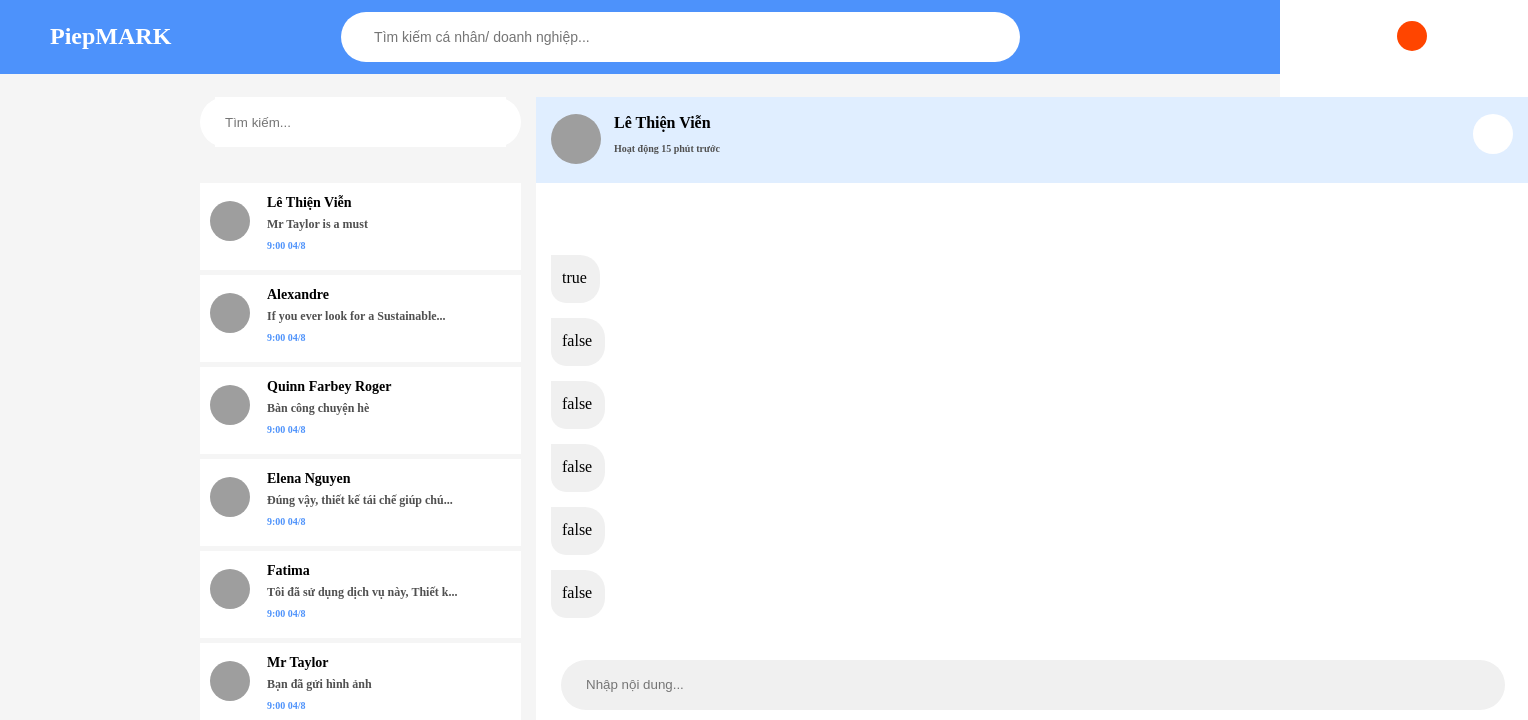
Repository: Jackietruong2805/th-c-t-p
Page: /chatbox/1 (app in vue-laravel-boilerplate/)
These files come from the project's save history. The page is drawn as it stood at one moment and after the next save; the edit follows.
The browser window is 1280 px wide. The page is 1528 px wide, then 1445 px, then 1528 px, so the pictures cover 1528 px, including what lies to the right of the window. The pictures show the whole page.
Pictures or frames that could not be fetched are drawn as grey boxes. The project was rebuilt for these pictures with package versions that can differ from the ones it lists, and the page was loaded fresh each time. Also part of the build but not shown: vue-laravel-boilerplate/vite.config.ts, vue-laravel-boilerplate/src/components/DemoComponent.vue.

Above is the page before, as saved 2022-08-26 16:56:30.

### vue-laravel-boilerplate/src/main.ts
import { createApp } from 'vue';
import { createPinia } from 'pinia';

import App from './App.vue';
import router from './router';

const app = createApp(App);

app.use(createPinia());
app.use(router);
app.mount('#app');

### vue-laravel-boilerplate/src/components/ChatBox.vue

<template>
  <div class="chat__top">
    <div class="chat__status">
      <img class="chat__image" :src="image" alt="" />
      <div class="status-wrapper">
        <h2 class="chat__name">{{ name }}</h2>
        <p class="Hot-ng-15-pht-tr">Hoạt động 15 phút trước</p>
      </div>
    </div>
    <div class="chat__Ellipse-21" @click="handleCloseChatBox">
      <button class="button">
        <i class="fa fa-angle-left"></i>
      </button>
    </div>
  </div>
  <div class="chat__content">
    <div class="message-wrapper">
      <ChatMessage
        :message="msg"
        v-for="msg in messageUser"
        :key="msg.fromId"
      ></ChatMessage>
    </div>
  </div>
  <div class="chat__bottom">
    <div class="chat__message">
      <form class="chat__input" @submit.prevent>
        <input
          placeholder="Nhập nội dung..."
          class="message"
          type="text"
          v-model="message"
          ref="inputMessage"
          @keyup.enter="addMessage"
        />
        <div class="chat__icon">
          <button class="button">
            <i class="fa fa-image"></i>
          </button>
          <button class="button">
            <i class="fa fa-grin-alt"></i>
          </button>
          <button
            type="submit"
            class="button sending"
            :disabled="!message"
            @click="addMessage"
          >
            <i class="fa fa-paper-plane" :class="{ 'is-active': message }"></i>
          </button>
        </div>
      </form>
    </div>
  </div>
</template>

<script lang="ts" setup>
/*
  import
*/
import { ref, onMounted } from 'vue';

import { useRoute, useRouter } from 'vue-router';
import ChatMessage from './ChatMessage.vue';

/*
  router
*/

const router = useRouter();

/*
  stores
*/
import { useMemberStore } from '../stores/storemembers';
import { useMessageStore } from '../stores/storemessage';
let image = '';
let name = '';
const route = useRoute();
const memberStore = useMemberStore().members;
let messageStore = useMessageStore().messages;
console.log(messageStore);
memberStore.forEach((member) => {
  if (member.id == parseInt(route.params.id)) {
    image = member.image;
    name = member.name;
  }
});

console.log(messageStore);
console.log([...messageStore]);

let messageUser = [...messageStore].map((user) => {
  return user.fromId == route.params.id;
});

console.log(messageUser);
/*

  message

*/
let messageSending = '';
let message = ref('');
console.log(message);
let messageAvailable = ref<boolean>(false);

function addMessage() {
  messageSending = message.value;
  let member = {
    fromId: route.params.id,
    name,
    content: messageSending,
  };
  messageStore.push(member);
  messageAvailable.value = true;
  message.value = '';
  inputMessage.value?.focus();
}

const inputMessage = ref<HTMLInputElement | null>(null);

onMounted(() => {
  inputMessage.value?.focus();
});

/*

  Close ChatBox

*/

function handleCloseChatBox() {
  router.push({ path: '/' });
}
</script>

### vue-laravel-boilerplate/src/components/ChatItem.vue
<script lang="ts" setup>
/*
  import
*/

const props = defineProps({
  memberInfo: {
    type: Object,
    required: true,
  },
});
</script>

<template>
  <router-link :to="`/chatbox/${memberInfo.id}`">
    <div class="Rectangle-238">
      <div class="cardmem__ava">
        <img :src="memberInfo.image" alt="ava-1" class="cardmem__img" />
      </div>
      <div class="cardmem__info">
        <h2 class="cardmem__name">{{ memberInfo.name }}</h2>
        <p class="cardmem__text">{{ memberInfo.chatText }}</p>
        <p class="cardmem__date">{{ memberInfo.date }}</p>
      </div>
    </div>
  </router-link>
</template>

### vue-laravel-boilerplate/src/components/ChatList.vue


<script lang="ts" setup>
/*
    import
*/
// import ChatItem from './ChatItem.vue';
import { useMemberStore } from '../stores/storemembers';

/*
  stores

*/

const memberStore = useMemberStore();

const memberList = memberStore.members;
</script>

<template>
  <ChatItem
    v-for="member in memberList"
    :memberInfo="member"
    :key="member.id"
  ></ChatItem>
</template>

### vue-laravel-boilerplate/src/components/ChatMessage.vue
<template>
  <div class="message-content2">{{ message }}</div>
</template>

<script setup lang="ts">
/*
    import
*/
import { useRoute } from 'vue-router';
import { defineProps } from 'vue';

/*
  Route
*/

const route = useRoute();

/*
    Props
*/

const props = defineProps({
  message: {
    type: Object,
  },
});

let message = props.message;
</script>

### vue-laravel-boilerplate/src/components/TheChat.vue
<template>
  <div class="chat__container">
    <div class="chat__left">
      <div class="chat__search">
        <i class="fa fa-search"></i>
        <input type="text" placeholder="Tìm kiếm..." />
      </div>
      <div class="chat__list">
        <chat-list></chat-list>
      </div>
    </div>
    <div class="chat__right" :data-key="$route.path">
      <router-view :key="$route.path"></router-view>
    </div>
  </div>
</template>

<script lang="ts">
/*
    import
*/
// import ChatList from './ChatList.vue';
</script>

### vue-laravel-boilerplate/src/components/TheHeader.vue
<template>
  <main class="header">
    <div class="header__left">
      <div class="header__logo">PiepMARK</div>
      <form class="header__form">
        <i class="fa fa-search"></i>
        <input
          type="text"
          class="header__search"
          placeholder="Tìm kiếm cá nhân/ doanh nghiệp..."
        />
      </form>
    </div>
    <div class="header__right">
      <div class="Ellipse-34"></div>
    </div>
  </main>
</template>

### vue-laravel-boilerplate/src/App.vue
<template>
  <header>
    <the-header></the-header>
  </header>
  <section class="chat">
    <the-chat></the-chat>
  </section>
</template>

<script lang="ts" src="./App.vue.ts">
// import
import TheHeader from './components/TheHeader.vue';
import TheChat from './components/TheChat.vue';
</script>

<style lang="scss" >
@import 'styles';
.chat {
  background-color: $bg-gray-1;
  padding: 23px 200px 0 200px;
  flex-grow: 1;
  height: calc(100vh - 74px);
}
</style>

### vue-laravel-boilerplate/src/router/index.ts
import { HOME_ROUTE } from '@/views/home/HomeView.route';
import { createRouter, createWebHistory } from 'vue-router';
import {useMemberStore} from "../stores/storemembers";
import ChatBox from "../components/ChatBox.vue"




const routes = [
  {
    path: "/chatbox/:id",
    name: "member",
    component: ChatBox,
  }
]

const router = createRouter({
  history: createWebHistory(),
  routes,
});

export default router;

### vue-laravel-boilerplate/src/stores/storemembers.ts
import { defineStore } from 'pinia'


interface User {
  name: string;
  status: boolean;
  chatText: string;
  date: string;
  image: string;
}

type memberChat = User;



export const useMemberStore = defineStore({
  id: 'members',
  state: () => {
    return {
      members: [
        {
          id: 1,
          name: 'Lê Thiện Viễn',
          status: false,
          chatText: 'Mr Taylor is a must',
          date: '9:00 04/8',
          image:
            'https://images.unsplash.com/photo-1570295999919-56ceb5ecca61?ixlib=rb-1.2.1&ixid=MnwxMjA3fDB8MHxwaG90by1wYWdlfHx8fGVufDB8fHx8&auto=format&fit=crop&w=880&q=80',
        },
        {
          id: 2,
          name: 'Alexandre',
          status: true,
          chatText: 'If you ever look for a Sustainable...',
          date: '9:00 04/8',
          image:
            'https://images.unsplash.com/photo-1583900985737-6d0495555783?ixlib=rb-1.2.1&ixid=MnwxMjA3fDB8MHxwaG90by1wYWdlfHx8fGVufDB8fHx8&auto=format&fit=crop&w=464&q=80',
        },
        {
          id:  3,
          name: 'Quinn Farbey Roger',
          status: false,
          chatText: 'Bàn công chuyện hè',
          date: '9:00 04/8',
          image:
            'https://images.unsplash.com/photo-1582639590011-f5a8416d1101?ixlib=rb-1.2.1&ixid=MnwxMjA3fDB8MHxwaG90by1wYWdlfHx8fGVufDB8fHx8&auto=format&fit=crop&w=449&q=80',
        },
        {
          id: 4,
          name: 'Elena Nguyen',
          status: true,
          chatText: 'Đúng vậy, thiết kế tái chế giúp chú...',
          date: '9:00 04/8',
          image:
            'https://images.unsplash.com/photo-1575186083127-03641b958f61?ixlib=rb-1.2.1&ixid=MnwxMjA3fDB8MHxzZWFyY2h8MTN8fGhvdCUyMGJpa2luaXxlbnwwfHwwfHw%3D&auto=format&fit=crop&w=500&q=60',
        },
        {
          id: 5,
          name: 'Fatima',
          status: false,
          chatText: 'Tôi đã sử dụng dịch vụ này, Thiết k...',
          date: '9:00 04/8',
          image:
            'https://sohanews.sohacdn.com/160588918557773824/2021/4/28/photo-9-1619575510785681886686.jpg',
        },
        {
          id: 6,
          name: 'Mr Taylor',
          status: false,
          chatText: 'Bạn đã gửi hình ảnh',
          date: '9:00 04/8',
          image:
            'https://kenh14cdn.com/2019/10/19/7269872413639461504308173511299650480050194n-15714426244161741222544.jpg',
        },
      ]
    }
  },
  getters: {
  },
  actions: {

  }
})

### vue-laravel-boilerplate/src/stores/storemessage.ts
import { defineStore } from 'pinia'



export const useMessageStore = defineStore({
  id: 'messages',
  state: () => {
    return {
      messages: [
        {
          fromId: 1,
          name: 'Lê Thiện Viễn',
          content: "testing chức năng chat",
        },
        {
          fromId: 2,
          name: 'Alexandre',
          content: "testing chức năng chat2",
        },
        {
          fromId:  3,
          name: 'Quinn Farbey Roger',
          content: "testing chức năng chat3",
        },
        {
          fromId: 4,
          name: 'Elena Nguyen',
          content: "testing chức năng chat4",
        },
        {
          fromId: 5,
          name: 'Fatima',
          content: "testing chức năng chat5",
        },
        {
          fromId: 6,
          name: 'Mr Taylor',
          content: "testing chức năng chat6",
        },
      ]
    }
  },
  getters: {
  },
  actions: {

  }
})

### vue-laravel-boilerplate/src/styles/_index.scss
// Helpers
@import "./Helpers/variables";
@import "./Helpers/mixin";
@import "./Helpers/extend";
// Base
@import "./Base/reset";

// Layouts
@import "./Layouts/header";
@import "./Layouts/chat";

// Components
@import "./Components/cardmem";

### vue-laravel-boilerplate/src/styles/Helpers/_variables.scss
// color
$color-white-0: #ffffff;
$color-black-0: #000000;
$color-black-1: #505050;
$color-blue-1: #aaccff;
$color-blue-2: #4d92fb;
$color-gray-0: #a9a9a9;
$color-gray-1: #808080;
$color-gray-2: #dcdcdc;

// background
$bg-blue-0: #4d92fb;
$bg-blue-1: #e0eeff;
$bg-white-0: #ffffff;
$bg-green-0: #38c55c;
$bg-gray-0: #f0f0f0;
$bg-gray-1: #f5f5f5;
$bg-red-0: #ff4500;

// fs
$fs-0: 14px;
$fs-1: 12px;
$fs-2: 10px;
// fw
$fw-0: bold;

// margin
$mg-0: 9px;
$mg-1: 6px;
$mg-2: 17px;
$mg-3: 86px;

### vue-laravel-boilerplate/src/styles/Helpers/_mixin.scss
@mixin styleText($color, $fs, $fw) {
    color: $color;
    font-size: $fs;
    font-weight: $fw;
}

@mixin styleAva($size) {
    width: $size;
    height: $size;
    border-radius: 50%;
    object-fit: cover;
}

@mixin borderCircle($size, $bgColor) {
    width: $size;
    height: $size;
    border-radius: 50%;
    background-color: $bgColor;
}

### vue-laravel-boilerplate/src/styles/Helpers/_extend.scss
%flexCenter {
    display: flex;
    justify-content: center;
    align-items: center;
}

### vue-laravel-boilerplate/src/styles/Base/_reset.scss
* {
    padding: 0;
    margin: 0;
    box-sizing: border-box;
}

html,
body {
    height: 100vh;
}

### vue-laravel-boilerplate/src/styles/Layouts/_header.scss
.header {
    height: 74px;
    display: flex;
    align-items: center;
    justify-content: space-between;
    padding: 9px 50px 11px;
    background-color: $bg-blue-0;

    .header__left {
        display: flex;
        align-items: center;
        justify-content: center;
        .header__logo {
            color: $color-white-0;
            font-family: "Dancing Script", cursive;
            font-size: 24px;
            font-weight: bold;
        }
        .header__form {
            width: 679px;
            height: 50px;
            margin: 3px 377px 1px 169.8px;
            padding: 10px 0px 10px 23px;
            border-radius: 100px;
            background-color: $bg-white-0;
            display: flex;
            align-items: center;
            i {
                font-size: 30px;
                flex-grow: 0;
            }
            .header__search {
                border: 0;
                flex: 1;
                margin-left: 10px;
                background-color: transparent;
                height: 50px;
                &:focus {
                    outline: 0;
                }
                &[placeholder] {
                    font-size: 14px;
                    color: $color-gray-0;
                }
            }
        }
    }
    .header__right {
        display: flex;
        .Ellipse-34 {
            width: 30px;
            height: 30px;
            padding: 5.3px 6.3px 7.3px;
            justify-self: end;
            background-color: $bg-red-0;
            width: 30px;
            height: 30px;
            border-radius: 50%;
        }
    }
}

### vue-laravel-boilerplate/src/styles/Components/_cardmem.scss
.Rectangle-238 {
    width: 321px;
    height: 87px;
    display: flex;
    align-items: center;
    background-color: $bg-white-0;
    padding: 9px 27px 17px 10px;
    margin-bottom: $mg-1 - 1;
    .cardmem__ava {
        align-self: flex-start;
        margin-top: $mg-0;
        .cardmem__img {
            @include styleAva(40px);
            flex-grow: 0;
        }
    }
    .cardmem__info {
        flex: 1;
        margin-left: $mg-2;
        .cardmem__name {
            @include styleText($color-black-0, $fs-0, $fw-0);
            margin-bottom: $mg-1;
        }
        .cardmem__text {
            @include styleText($color-black-1, $fs-1, $fw-0);
            margin-bottom: $mg-1 + 2;
        }
        .cardmem__date {
            @include styleText($color-blue-2, $fs-2, $fw-0);
        }
    }
}

### vue-laravel-boilerplate/src/App.vue.ts
import { defineComponent } from 'vue';
export default defineComponent({});

Loaded but not shown: vue-laravel-boilerplate/src/styles/Layouts/_chat.scss (174 lines, source omitted)

After the next save:
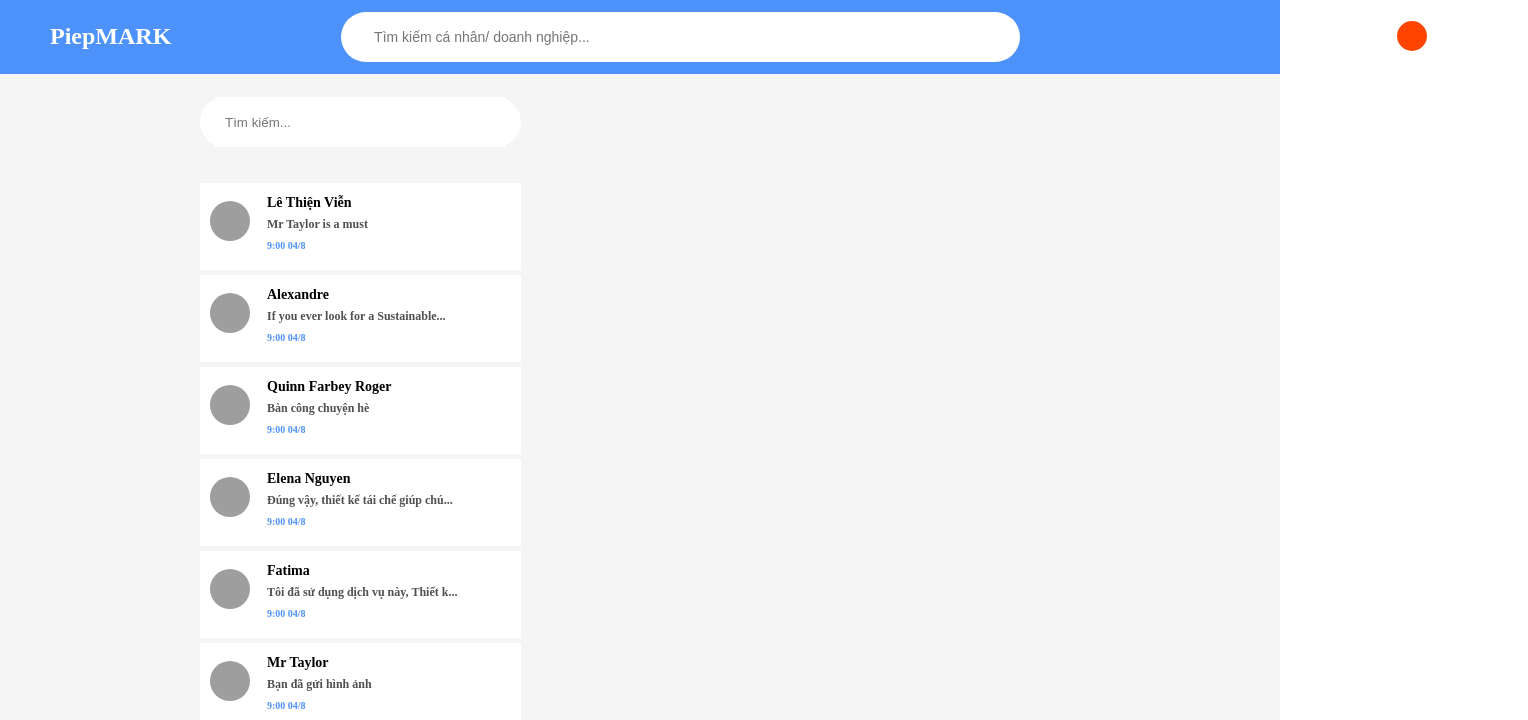
Console error: TypeError: Cannot read properties of undefined (reading 'fromId')
Saved 55 s later.
--- a/vue-laravel-boilerplate/src/components/ChatBox.vue
+++ b/vue-laravel-boilerplate/src/components/ChatBox.vue
@@ -92,7 +92,9 @@
 console.log([...messageStore]);
 
 let messageUser = [...messageStore].map((user) => {
-  return user.fromId == route.params.id;
+  if (user.fromId == route.params.id) {
+    return user;
+  }
 });
 
 console.log(messageUser);

After the save that followed:
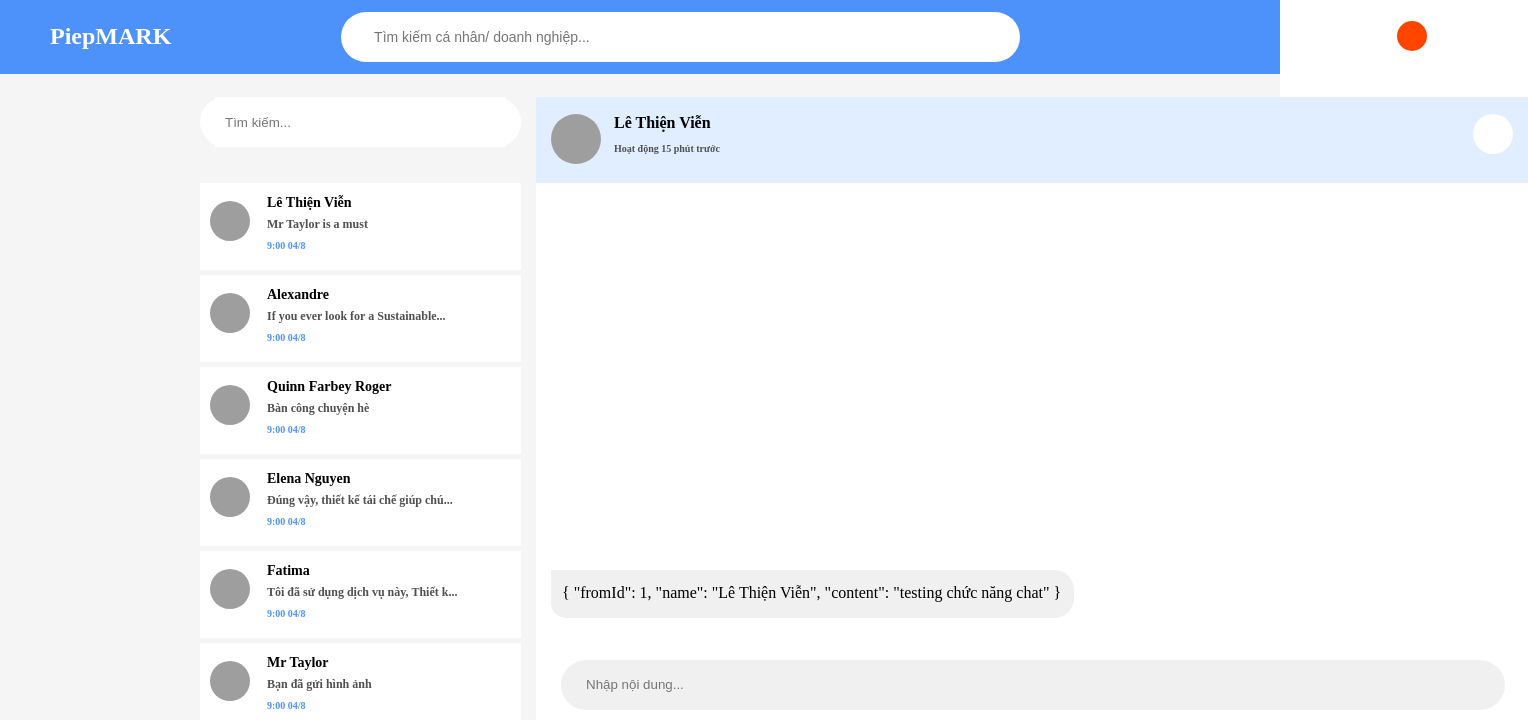
The error is gone.
Saved 3 min 55 s later.
--- a/vue-laravel-boilerplate/src/components/ChatBox.vue
+++ b/vue-laravel-boilerplate/src/components/ChatBox.vue
@@ -91,11 +91,9 @@
 console.log(messageStore);
 console.log([...messageStore]);
 
-let messageUser = [...messageStore].map((user) => {
-  if (user.fromId == route.params.id) {
-    return user;
-  }
-});
+let messageUser = [...messageStore].filter(
+  (msg) => msg.fromId == route.params.id
+);
 
 console.log(messageUser);
 /*
